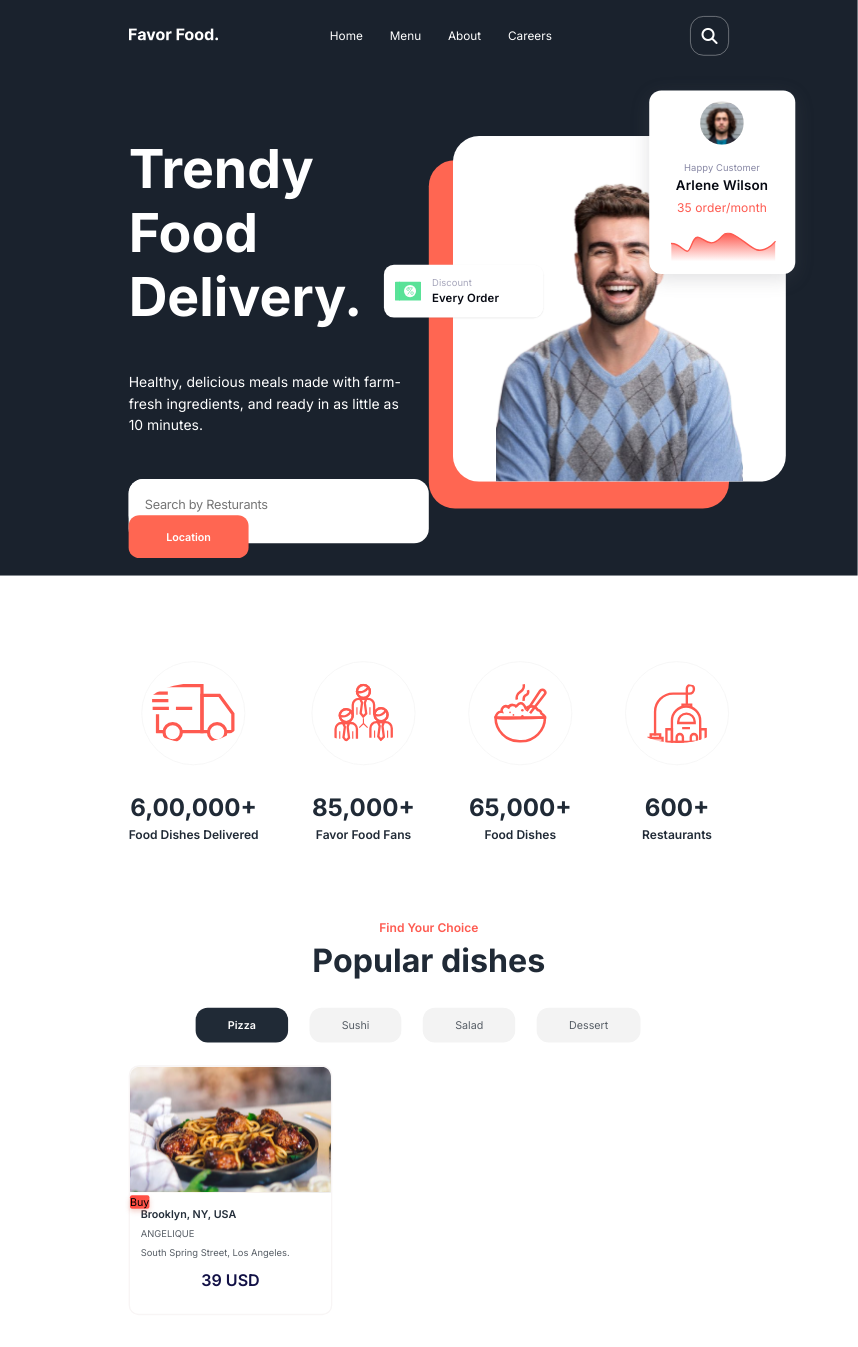
Repository: badhon252/favor-food
Page: index.html
An editor plug-in stored every save of this project. The page is shown before and after the next save, followed by the edit.
The browser window is 1280 px wide. The pictures show the whole page, at 67% of full size.
The style sheet was rebuilt from its Sass, Less or Tailwind sources for each picture, by a compiler version that may differ from the author's.

Above is the page before, as saved 2022-09-12 18:30:51.

After the next save:
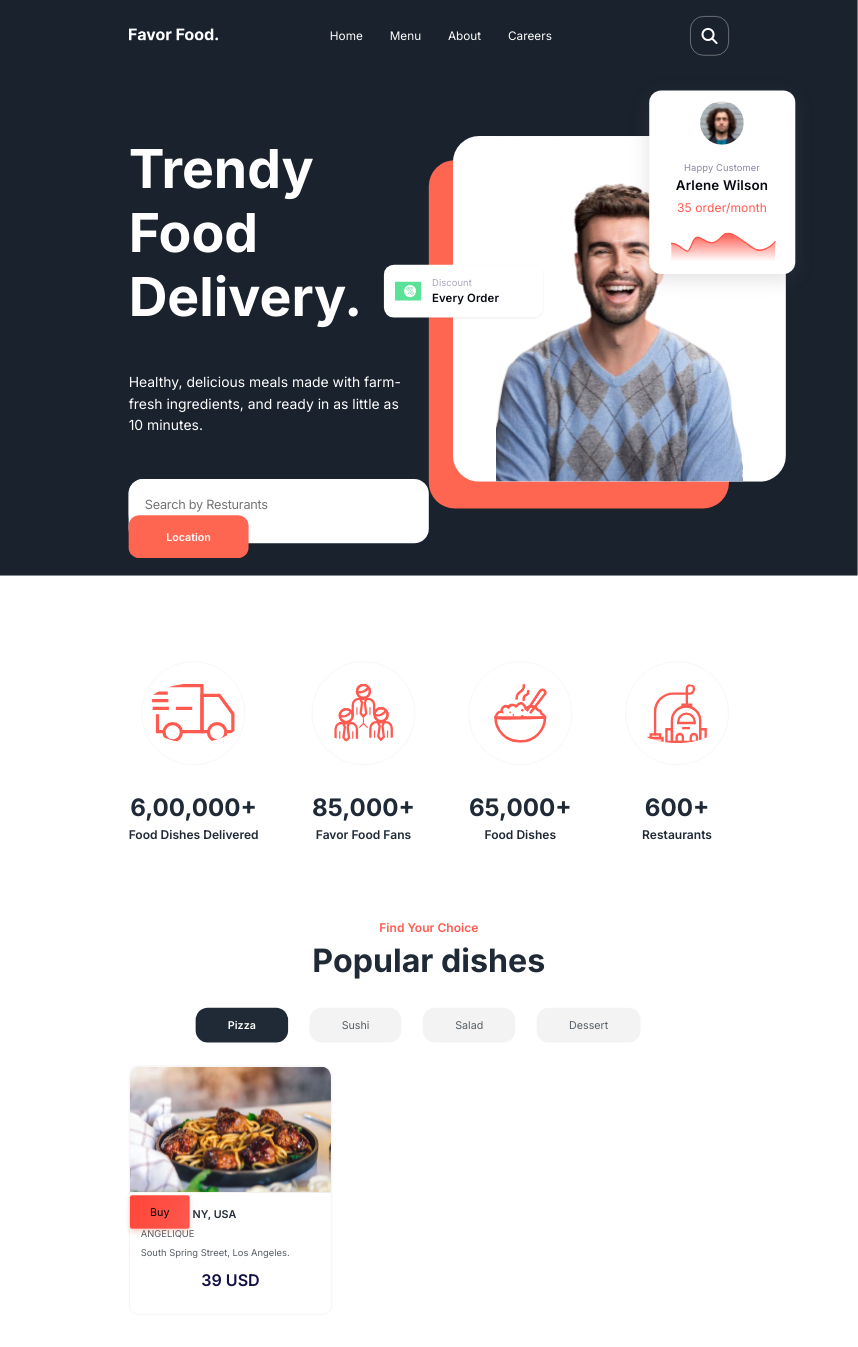
Saved 16 s later.
--- a/index.html
+++ b/index.html
@@ -116,9 +116,9 @@
                 <div class="col-md-4 card">
                     <div class="card-header">
                         <img src="./images/Rectangle 3.svg" alt="">
-                        <div class="card-tag">Buy</div>
+                        <div class="card-tag btn">Buy</div>
                     </div>
-                    <div class="card-body py-1">
+                    <div class="card-body">
                         <h4>Brooklyn, NY, USA</h4>
                         <h5>ANGELIQUE</h5>
                         <h6>South Spring Street, Los Angeles.</h6>
